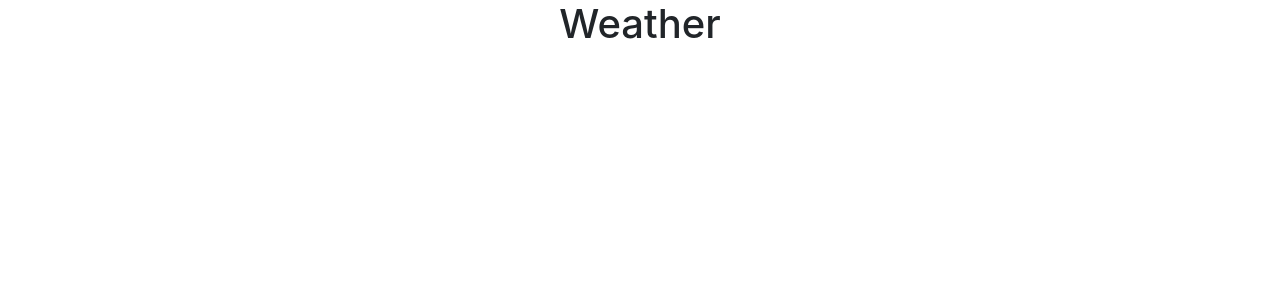
Repository: eidankhan/expenses-calculator
Page: /
The author's editor kept a copy of each file at every save. The page is drawn from the files as they stood at one save, then again after the next save.
The browser window is 1280 px wide. The pictures show the whole page.
The project was rebuilt for these pictures with package versions that can differ from the ones it lists, and the page was loaded fresh each time.

Above is the page before, as saved 2021-11-26 11:19:10.

### public/index.html
<!DOCTYPE html>
<html lang="en">
  <head>
    <meta charset="utf-8" />
    <link rel="icon" href="%PUBLIC_URL%/favicon.ico" />
    <meta name="viewport" content="width=device-width, initial-scale=1" />
    <meta name="theme-color" content="#000000" />
    <meta
      name="description"
      content="Web site created using create-react-app"
    />
    <link rel="apple-touch-icon" href="%PUBLIC_URL%/logo192.png" />
    <link rel="manifest" href="%PUBLIC_URL%/manifest.json" />
    <!-- CSS only -->
    <link
      href="https://cdn.jsdelivr.net/npm/bootstrap@5.1.3/dist/css/bootstrap.min.css"
      rel="stylesheet"
      integrity="sha384-1BmE4kWBq78iYhFldvKuhfTAU6auU8tT94WrHftjDbrCEXSU1oBoqyl2QvZ6jIW3"
      crossorigin="anonymous"
    />
    <title>Weather Forecast App</title>
  </head>
  <body>
    <noscript>You need to enable JavaScript to run this app.</noscript>
    <div id="root"></div>
    <!-- JavaScript Bundle with Popper -->
    <script
      src="https://cdn.jsdelivr.net/npm/bootstrap@5.1.3/dist/js/bootstrap.bundle.min.js"
      integrity="sha384-ka7Sk0Gln4gmtz2MlQnikT1wXgYsOg+OMhuP+IlRH9sENBO0LRn5q+8nbTov4+1p"
      crossorigin="anonymous"
    ></script>
  </body>
</html>

### src/App.js

import './App.css';

function App() {
  return (
    <div className="App">
     <h1> Weather</h1>
    </div>
  );
}

export default App;

### src/components/Forecast.js
import React from 'react'

export const Forecast = () => {
    return (
        <div>
            <h1> Weather Forecast </h1>
        </div>
    )
}

Loaded but not shown: src/index.js (common file); src/index.css (common file); src/App.css (common file)

After the next save:
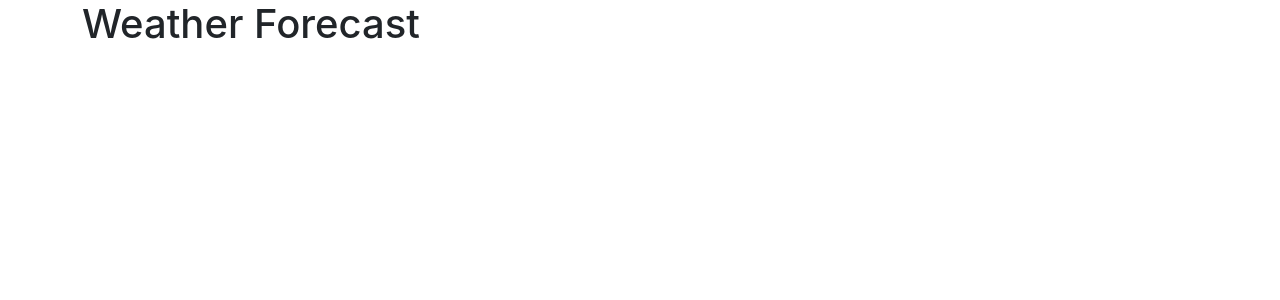
Saved 26 s later.
--- a/src/App.js
+++ b/src/App.js
@@ -1,10 +1,11 @@
 
 import './App.css';
+import { Forecast } from './components/Forecast';
 
 function App() {
   return (
-    <div className="App">
-     <h1> Weather</h1>
+    <div className="container">
+      <Forecast/>
     </div>
   );
 }
